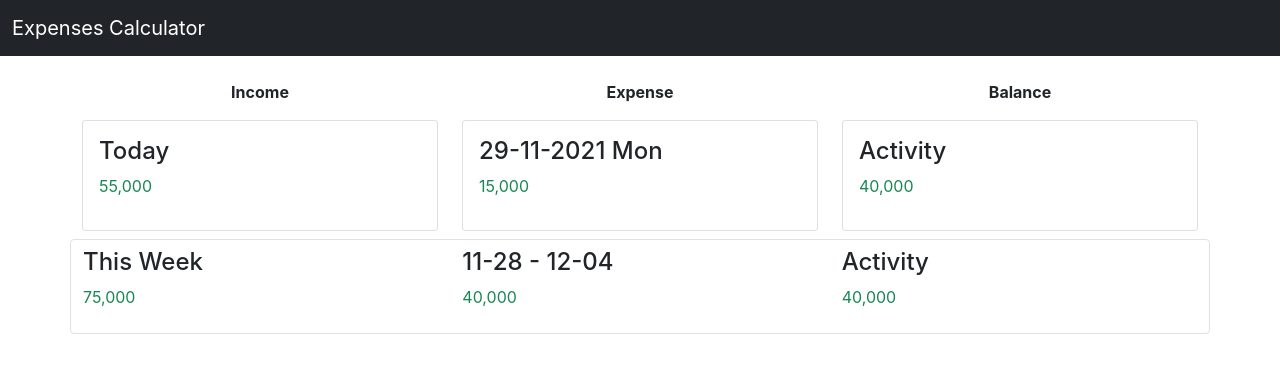
Repository: eidankhan/expenses-calculator
Page: /
The author's editor kept a copy of each file at every save. The page is drawn from the files as they stood at one save, then again after the next save.
The browser window is 1280 px wide. The pictures show the whole page.
The project was rebuilt for these pictures with package versions that can differ from the ones it lists, and the page was loaded fresh each time. Also part of the build but not shown: src/components/SaveIncome.js.

Above is the page before, as saved 2021-11-29 17:12:33.

After the next save:
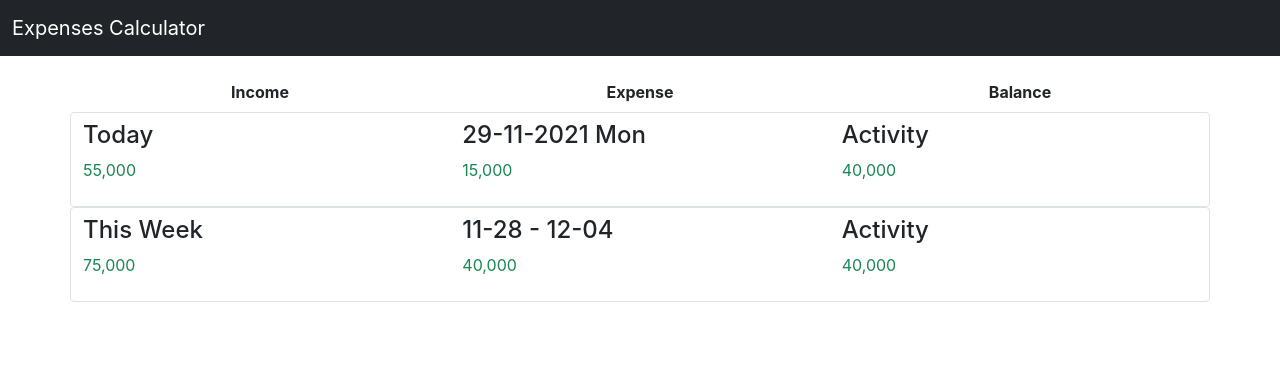
Saved 79 s later.
--- a/src/components/IncomeSummary.js
+++ b/src/components/IncomeSummary.js
@@ -10,30 +10,24 @@ export const IncomeSummary = () => {
         <div className="col-md-4 my-2 text-center"> <strong>Expense</strong> </div>
         <div className="col-md-4 my-2 text-center"> <strong>Balance</strong> </div>
       </div>
-      <div className="row">
+      <div className="row border rounded">
         <div className="col-md-4 my-2">
-          <div className="card">
-            <div className="card-body">
-              <h4 className="card-title"> Today </h4>
+
+              <h4 > Today </h4>
               <p className="text-success"> 55,000</p>
-            </div>
-          </div>
+
         </div>
         <div className="col-md-4 my-2">
-          <div className="card">
-            <div className="card-body">
-            <h4 className="card-title"> 29-11-2021 Mon </h4>
+
+            <h4 > 29-11-2021 Mon </h4>
             <p className="text-success"> 15,000</p>
-            </div>
-          </div>
+
         </div>
         <div className="col-md-4 my-2">
-          <div className="card">
-            <div className="card-body">
-            <h4 className="card-title"> Activity </h4>
+
+            <h4 > Activity </h4>
             <p className="text-success"> 40,000</p>
-            </div>
-          </div>
+
         </div>
       </div>
       <div className="row border rounded">
